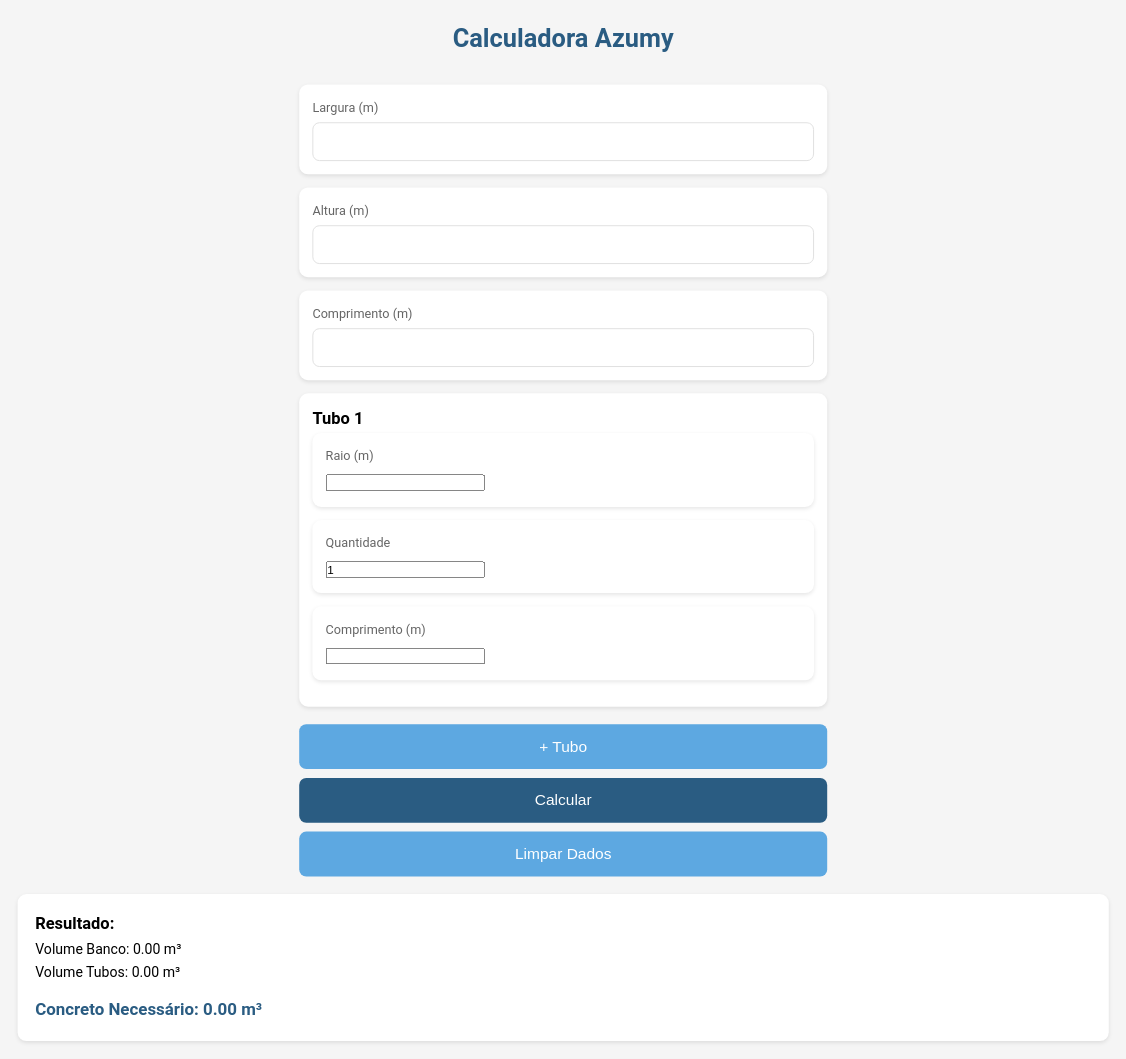
Repository: Valmir-Goncalves/calc_Uane_Souza
Page: concrete-calc/index.html
The author's editor kept a copy of each file at every save. The page is drawn from the files as they stood at one save, then again after the next save.
The browser window is 1280 px wide. The pictures show the whole page, at 88% of full size.

Above is the page before, as saved 2025-03-23 04:43:36.

### concrete-calc/index.html
<!DOCTYPE html>
<html lang="pt-BR">
<head>
    <meta charset="UTF-8">
    <meta name="viewport" content="width=device-width, initial-scale=1.0, maximum-scale=1.0, user-scalable=no">
    <title>ConcreteCalc Mobile</title>
    <link rel="manifest" href="manifest.json">
    <link rel="stylesheet" href="css/style.css">
</head>
<body>
    <div class="container">
        <h1>Calculadora Azumy</h1>

        <div class="input-group">
            <label>Largura (m)</label>
            <input type="number" id="largura" step="0.01" class="mobile-input" required>
        </div>

        <div class="input-group">
            <label>Altura (m)</label>
            <input type="number" id="altura" step="0.01" class="mobile-input" required>
        </div>

        <div class="input-group">
            <label>Comprimento (m)</label>
            <input type="number" id="comprimento" step="0.01" class="mobile-input" required>
        </div>

        <div id="tubos-container">
            <div class="tubo-item">
                <h3>Tubo 1</h3>
                <div class="input-group">
                    <label>Raio (m)</label>
                    <input type="number" class="raio" step="0.01" required>
                </div>
                <div class="input-group">
                    <label>Quantidade</label>
                    <input type="number" class="quantidade" min="1" value="1" required>
                </div>
                <div class="input-group">
                    <label>Comprimento (m)</label>
                    <input type="number" class="comprimento-tubo" step="0.01" required>
                </div>
            </div>
        </div>

        <div class="button-group">
            <button type="button" class="mobile-btn" onclick="adicionarTubo()">+ Tubo</button>
            <button type="button" class="mobile-btn primary" onclick="calcular()">Calcular</button>

            <button type="button" class="mobile-btn" onclick="limparDados()">Limpar Dados</button>
            </div>
        </div>

        <div class="resultado">
            <h3>Resultado:</h3>
            <p>Volume Banco: <span id="volume-banco">0.00</span> m³</p>
            <p>Volume Tubos: <span id="volume-tubos">0.00</span> m³</p>
            <p class="total">Concreto Necessário: <span id="concreto">0.00</span> m³</p>
        </div>
    </div>

    <script src="js/app.js"></script>
</body>
</html>

### concrete-calc/css/style.css
:root {
    --primary-color: #2A5C82;
    --secondary-color: #5DA8E1;
    --background: #f5f5f5;
}

* {
    box-sizing: border-box;
    margin: 0;
    padding: 0;
}

body {
    font-family: 'Roboto', sans-serif;
    background: var(--background);
    font-size: 16px;
    line-height: 1.6;
    padding: 20px;
}

.container {
    max-width: 600px;
    margin: 0 auto;
}

h1 {
    color: var(--primary-color);
    text-align: center;
    margin-bottom: 30px;
    font-size: 1.8em;
}

.input-group {
    margin-bottom: 15px;
    background: white;
    padding: 15px;
    border-radius: 10px;
    box-shadow: 0 2px 5px rgba(0,0,0,0.1);
}

label {
    color: #666;
    font-size: 0.9em;
    margin-bottom: 5px;
    display: block;
}

.mobile-input {
    width: 100%;
    padding: 12px;
    border: 1px solid #ddd;
    border-radius: 8px;
    font-size: 1em;
}

.button-group {
    display: grid;
    gap: 10px;
    margin: 20px 0;
}

.mobile-btn {
    background: var(--secondary-color);
    color: white;
    border: none;
    padding: 15px;
    border-radius: 8px;
    font-size: 1.1em;
    cursor: pointer;
    transition: opacity 0.3s;
}

.mobile-btn.primary {
    background: var(--primary-color);
}

.tubo-item {
    background: #fff;
    padding: 15px;
    margin-bottom: 15px;
    border-radius: 10px;
    box-shadow: 0 2px 5px rgba(0,0,0,0.1);
}

.resultado {
    background: white;
    padding: 20px;
    border-radius: 10px;
    margin-top: 20px;
    box-shadow: 0 2px 5px rgba(0,0,0,0.1);
}

.total {
    color: var(--primary-color);
    font-weight: bold;
    margin-top: 15px;
    font-size: 1.2em;
}

@media (max-width: 480px) {
    body {
        padding: 10px;
    }

    .container {
        padding: 10px;
    }
}

### concrete-calc/js/app.js
// Service Worker Registration
if ('serviceWorker' in navigator) {
    window.addEventListener('load', () => {
        navigator.serviceWorker.register('./sw.js')
            .then(registration => {
                console.log('ServiceWorker registrado com escopo:', registration.scope);
            })
            .catch(err => {
                console.error('Falha no ServiceWorker:', err);
            });
    });
}

// Funções da Calculadora
let tuboCount = 1;

function parseInput(value) {
    const parsed = parseFloat(value);
    return !isNaN(parsed) ? parsed : 0;
}

function adicionarTubo() {
    const container = document.getElementById('tubos-container');
    if (!container) return;

    tuboCount++;
    const novoItem = document.createElement('div');
    novoItem.className = 'tubo-item';
    novoItem.innerHTML = `
        <h3>Tubo ${tuboCount}</h3>
        <div class="input-group">
            <label>Raio (m)</label>
            <input type="number" class="raio" step="0.01" required>
        </div>
        <div class="input-group">
            <label>Quantidade</label>
            <input type="number" class="quantidade" min="1" value="1" required>
        </div>
        <div class="input-group">
            <label>Comprimento (m)</label>
            <input type="number" class="comprimento-tubo" step="0.01" required>
        </div>
    `;
    container.appendChild(novoItem);
    salvarLocalmente();
}

function calcular() {
    try {
        const largura = parseInput(document.getElementById('largura').value);
        const altura = parseInput(document.getElementById('altura').value);
        const comprimento = parseInput(document.getElementById('comprimento').value);

        let volumeTubos = 0;

        document.querySelectorAll('.tubo-item').forEach(tubo => {
            const raio = parseInput(tubo.querySelector('.raio').value);
            const quantidade = parseInput(tubo.querySelector('.quantidade').value);
            const comprimentoTubo = parseInput(tubo.querySelector('.comprimento-tubo').value);

            volumeTubos += Math.PI * Math.pow(raio, 2) * comprimentoTubo * quantidade;
        });

        const volumeBanco = largura * altura * comprimento;
        const concretoNecessario = volumeBanco - volumeTubos;

        // Atualizar UI
        document.getElementById('volume-banco').textContent = volumeBanco.toFixed(2);
        document.getElementById('volume-tubos').textContent = volumeTubos.toFixed(2);
        document.getElementById('concreto').textContent = Math.max(concretoNecessario, 0).toFixed(2);

        salvarLocalmente();

    } catch (error) {
        console.error('Erro no cálculo:', error);
        alert('Erro nos dados inseridos! Verifique os valores.');
    }
}

function limparDados() {
    // Limpar campos de entrada principais
    document.getElementById('largura').value = '';
    document.getElementById('altura').value = '';
    document.getElementById('comprimento').value = '';

    // Limpar tubos
    const tubosContainer = document.getElementById('tubos-container');
    tubosContainer.innerHTML = `
        <div class="tubo-item">
            <h3>Tubo 1</h3>
            <div class="input-group">
                <label>Raio (m)</label>
                <input type="number" class="raio" step="0.01" required>
            </div>
            <div class="input-group">
                <label>Quantidade</label>
                <input type="number" class="quantidade" min="1" value="1" required>
            </div>
            <div class="input-group">
                <label>Comprimento (m)</label>
                <input type="number" class="comprimento-tubo" step="0.01" required>
            </div>
        </div>
    `;

    // Resetar tuboCount
    tuboCount = 1;

    // Limpar resultados
    document.getElementById('volume-banco').textContent = '0.00';
    document.getElementById('volume-tubos').textContent = '0.00';
    document.getElementById('concreto').textContent = '0.00';

    // Limpar localStorage
    localStorage.removeItem('concreteCalcData');
}

// Sistema de Pers

After the next save:
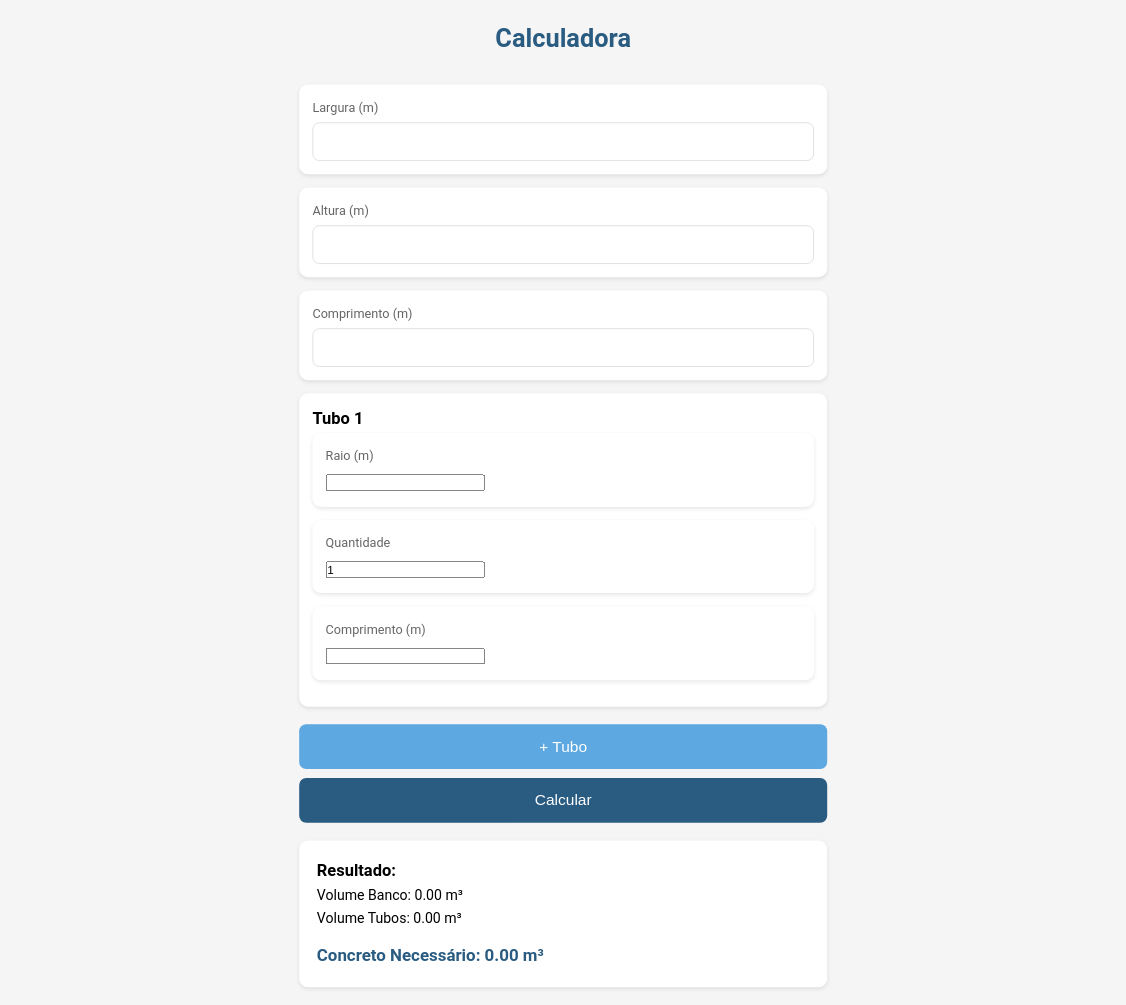
Saved 9 min 48 s later.
--- a/concrete-calc/index.html
+++ b/concrete-calc/index.html
@@ -9,7 +9,7 @@
 </head>
 <body>
     <div class="container">
-        <h1>Calculadora Azumy</h1>
+        <h1>Calculadora </h1>
 
         <div class="input-group">
             <label>Largura (m)</label>
@@ -47,9 +47,6 @@
         <div class="button-group">
             <button type="button" class="mobile-btn" onclick="adicionarTubo()">+ Tubo</button>
             <button type="button" class="mobile-btn primary" onclick="calcular()">Calcular</button>
-
-            <button type="button" class="mobile-btn" onclick="limparDados()">Limpar Dados</button>
-            </div>
         </div>
 
         <div class="resultado">
